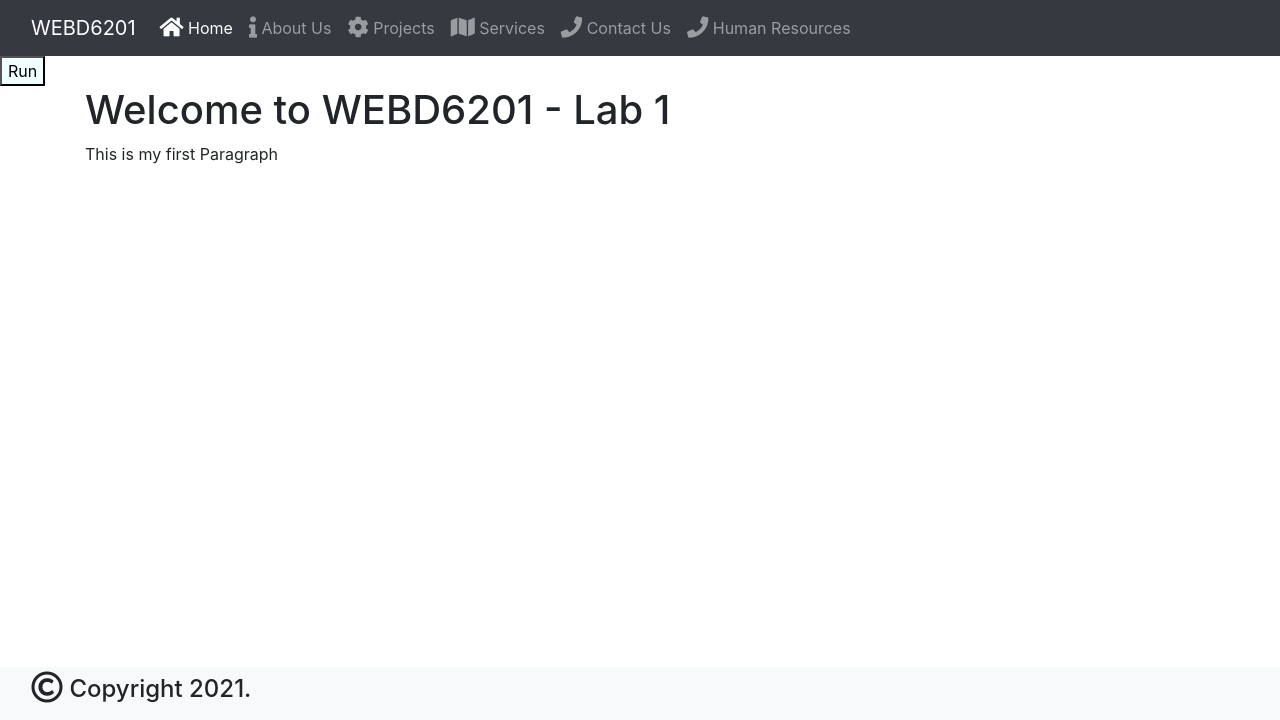
Repository: arbin6ix/ICE-2
Page: index.html
An editor plug-in stored every save of this project. The page is shown before and after the next save, followed by the edit.
The browser window is 1280 px wide. The pictures show the whole page.

Above is the page before, as saved 2021-02-05 20:48:27.

After the next save:
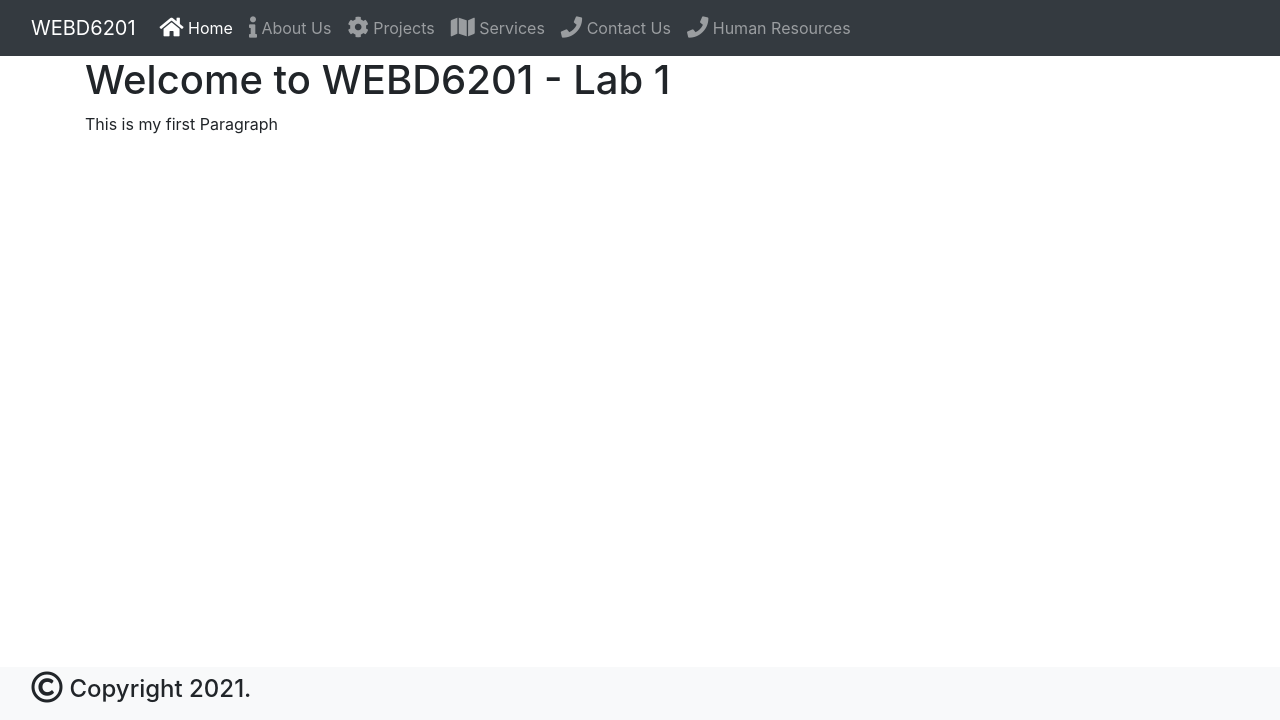
Saved 18 s later.
--- a/index.html
+++ b/index.html
@@ -50,7 +50,7 @@
     </header>
 
     <!-- Main Content -->
-    <button style="background-color:azure" onclick='execute()'/>Run</button>
+
     <main class="container">
         <h1>Welcome to WEBD 6201</h1>
         <p id="paragraphOne"></p>
